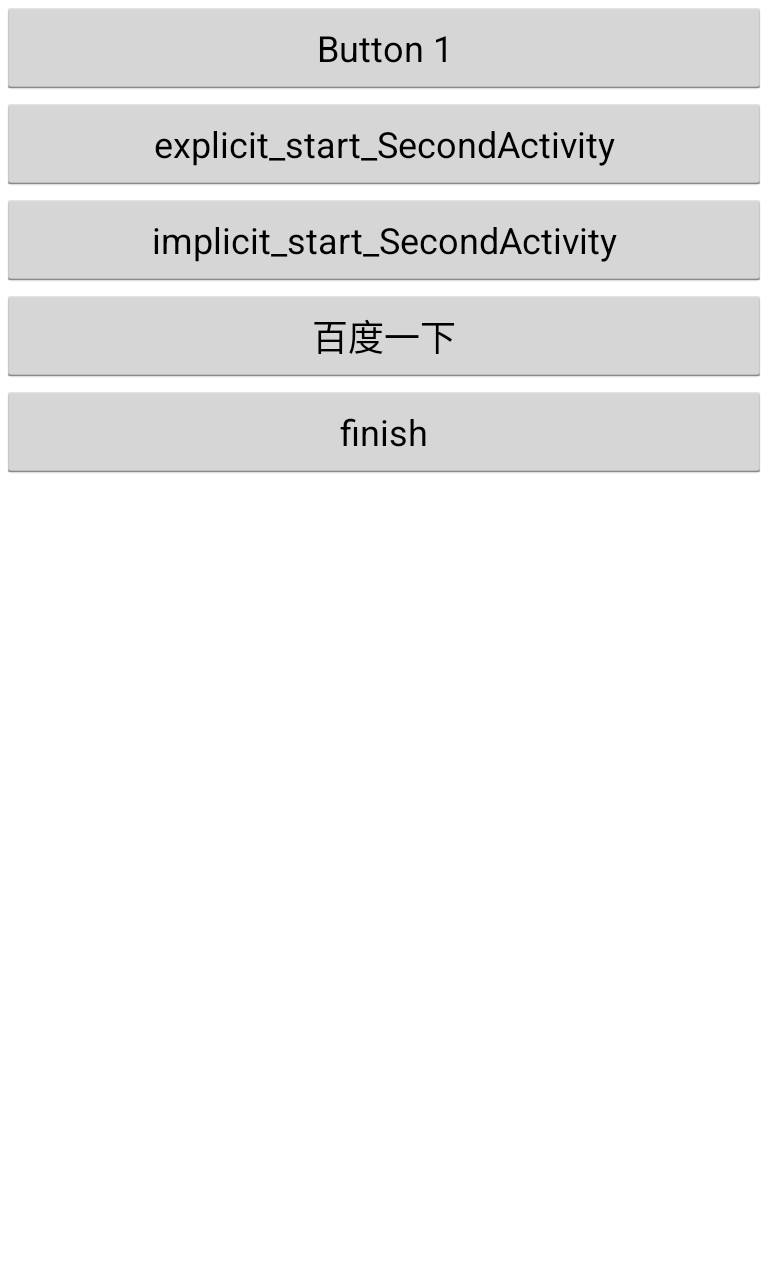
Repository: hohoTT/Android_summarize
Layout: ActivityTest/res/layout/first_layout.xml
The author's editor kept a copy of each file at every save. The layout is drawn from the files as they stood at one save, then again after the next save.
It is drawn on a 768 x 1280 px phone screen (xhdpi) without system bars, with theme AppTheme; the app's code is not run.

Above is the layout before, as saved 2016-02-22 05:36:39.

### ActivityTest/res/layout/first_layout.xml
<?xml version="1.0" encoding="utf-8"?>
<LinearLayout xmlns:android="http://schemas.android.com/apk/res/android"
    android:layout_width="match_parent"
    android:layout_height="match_parent"
    android:orientation="vertical" >

    <Button
        android:id="@+id/button_1"
        android:layout_width="match_parent"
        android:layout_height="wrap_content"
        android:text="Button 1" />

    <Button
        android:id="@+id/button_explicit"
        android:layout_width="match_parent"
        android:layout_height="wrap_content"
        android:text="explicit_start_SecondActivity" />

    <Button
        android:id="@+id/button_implicit"
        android:layout_width="match_parent"
        android:layout_height="wrap_content"
        android:text="implicit_start_SecondActivity" />

    <Button
        android:id="@+id/button_baidu"
        android:layout_width="match_parent"
        android:layout_height="wrap_content"
        android:text="百度一下" />

    <Button
        android:id="@+id/button_finish"
        android:layout_width="match_parent"
        android:layout_height="wrap_content"
        android:text="finish" />

</LinearLayout>

Loaded but not shown: ActivityTest/res/values/styles.xml (common file); ActivityTest/res/values-v11/styles.xml (common file); ActivityTest/res/values-v14/styles.xml (common file)

After the next save:
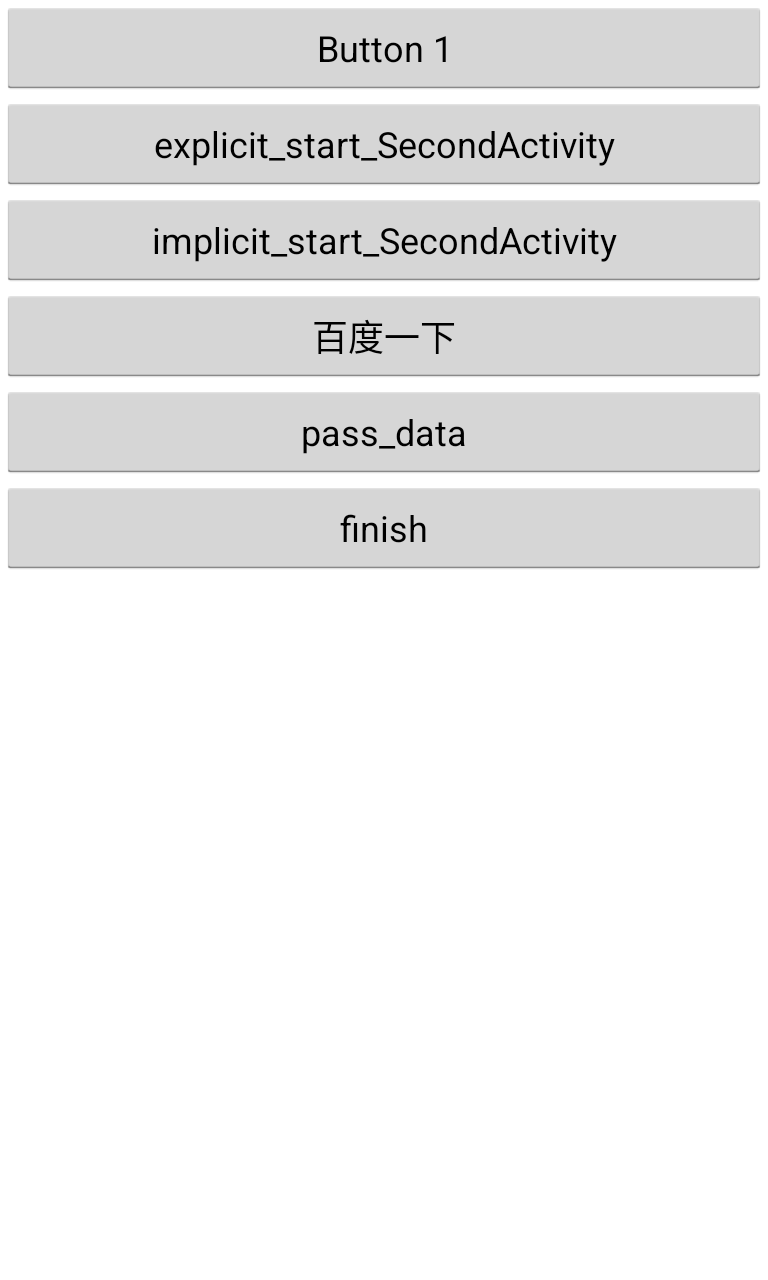
Saved 5 min 26 s later.
--- a/ActivityTest/res/layout/first_layout.xml
+++ b/ActivityTest/res/layout/first_layout.xml
@@ -29,6 +29,12 @@
         android:text="百度一下" />
 
     <Button
+        android:id="@+id/button_pass"
+        android:layout_width="match_parent"
+        android:layout_height="wrap_content"
+        android:text="pass_data" />
+
+    <Button
         android:id="@+id/button_finish"
         android:layout_width="match_parent"
         android:layout_height="wrap_content"
